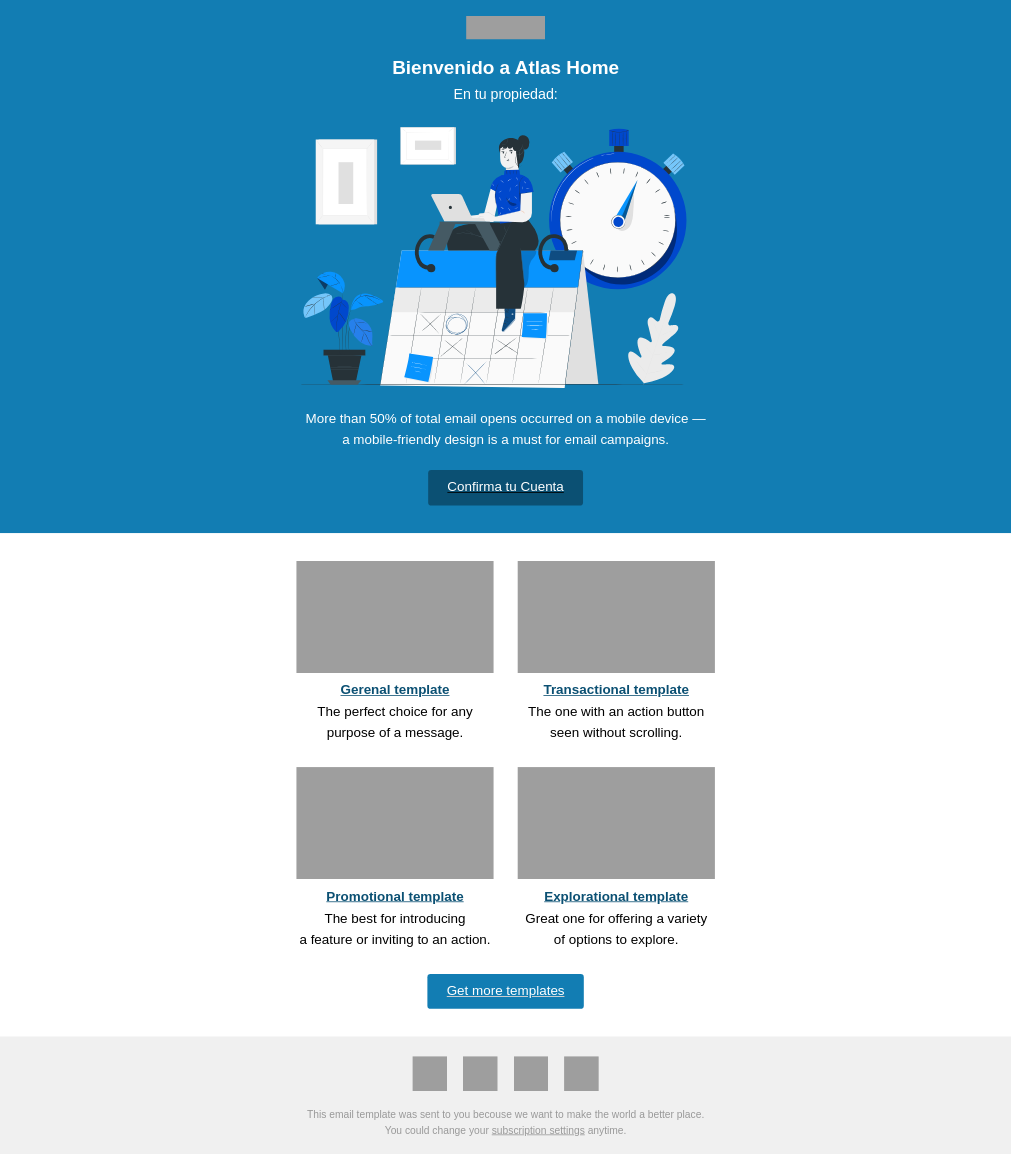
Repository: FabioMadrid/atlas_code
Page: correo_cita_vendedor.html
These files come from the project's save history. The page is drawn as it stood at one moment and after the next save; the edit follows.
The browser window is 1280 px wide. The pictures show the whole page, at 79% of full size.
Pictures or frames that could not be fetched are drawn as grey boxes.

Above is the page before, as saved 2021-01-14 16:05:54.

After the next save:
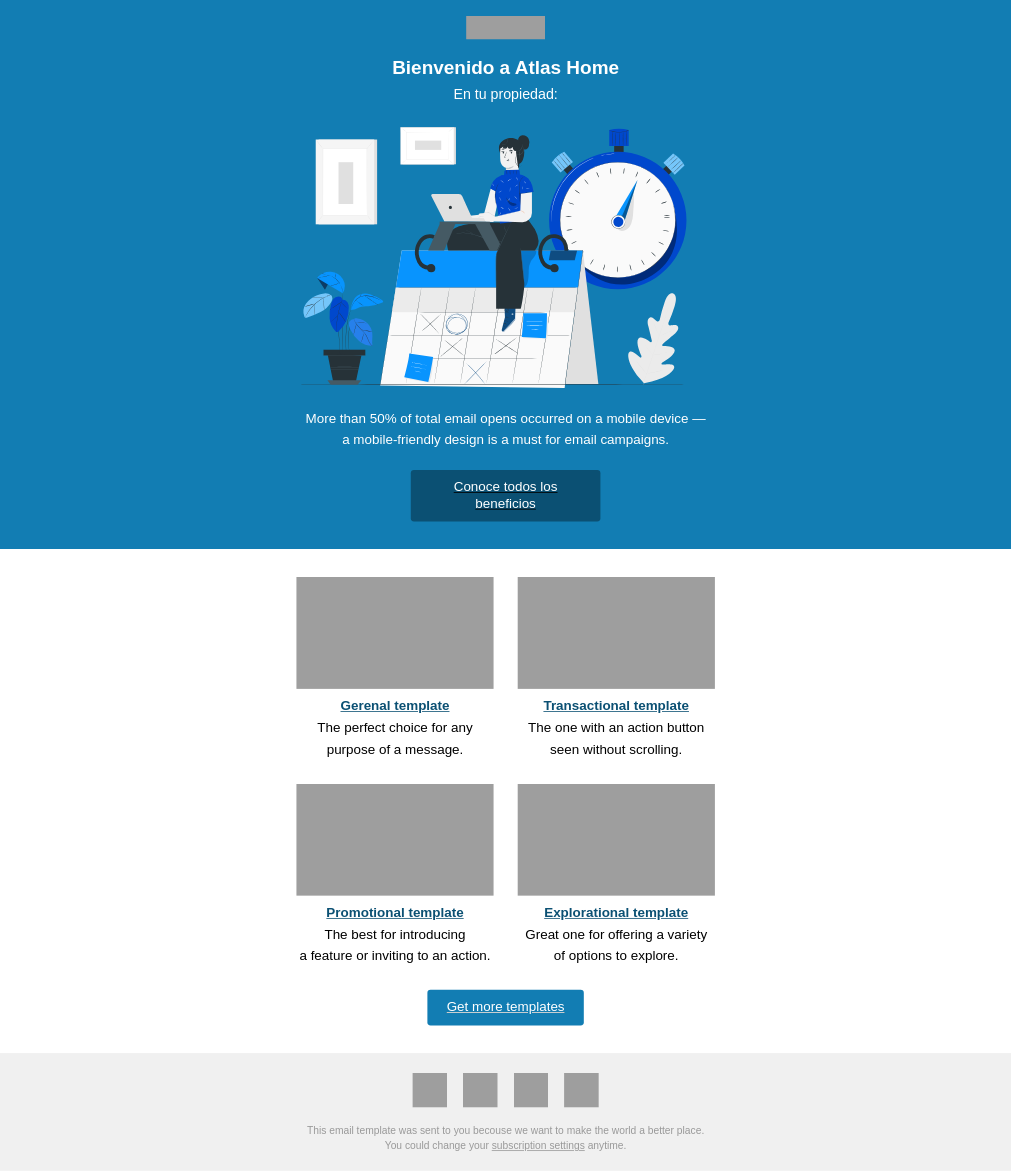
Saved 13 s later.
--- a/correo_cita_vendedor.html
+++ b/correo_cita_vendedor.html
@@ -148,7 +148,7 @@
 					bgcolor="#0B5073"><a target="_blank" style="text-decoration: none;
 					color: #FFFFFF; font-family: sans-serif; font-size: 17px; font-weight: 400; line-height: 120%;"
 					href="https://github.com/konsav/email-templates/">
-						Confirma tu Cuenta
+						Conoce todos los beneficios
 					</a>
 			</td></tr></table></a>
 		</td>

After the save that followed:
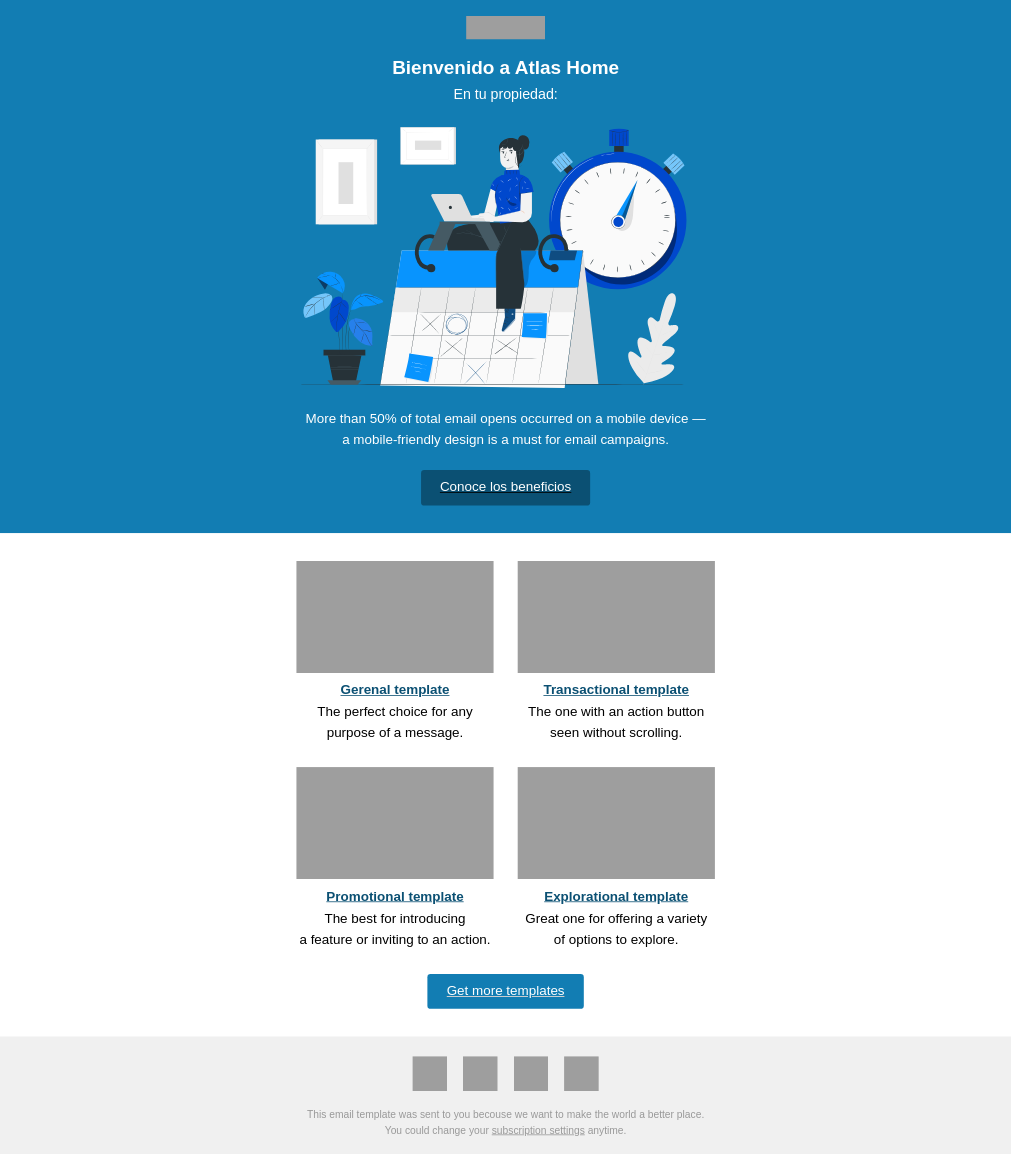
Saved 5 s later.
--- a/correo_cita_vendedor.html
+++ b/correo_cita_vendedor.html
@@ -148,7 +148,7 @@
 					bgcolor="#0B5073"><a target="_blank" style="text-decoration: none;
 					color: #FFFFFF; font-family: sans-serif; font-size: 17px; font-weight: 400; line-height: 120%;"
 					href="https://github.com/konsav/email-templates/">
-						Conoce todos los beneficios
+						Conoce los beneficios
 					</a>
 			</td></tr></table></a>
 		</td>
